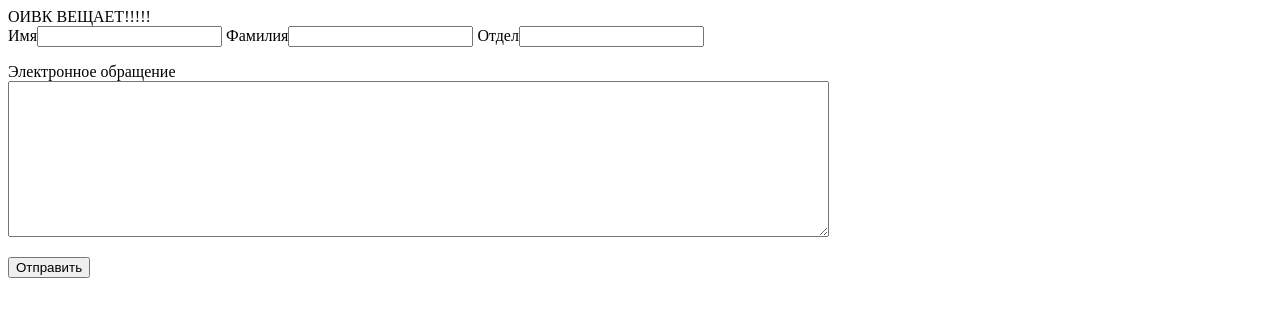
Repository: pitonby/monolitWebApp
Page: WebApp/WebContent/NewFile.html
An editor plug-in stored every save of this project. The page is shown before and after the next save, followed by the edit.
The browser window is 1280 px wide. The pictures show the whole page.

Above is the page before, as saved 2017-05-29 05:16:03.

After the next save:
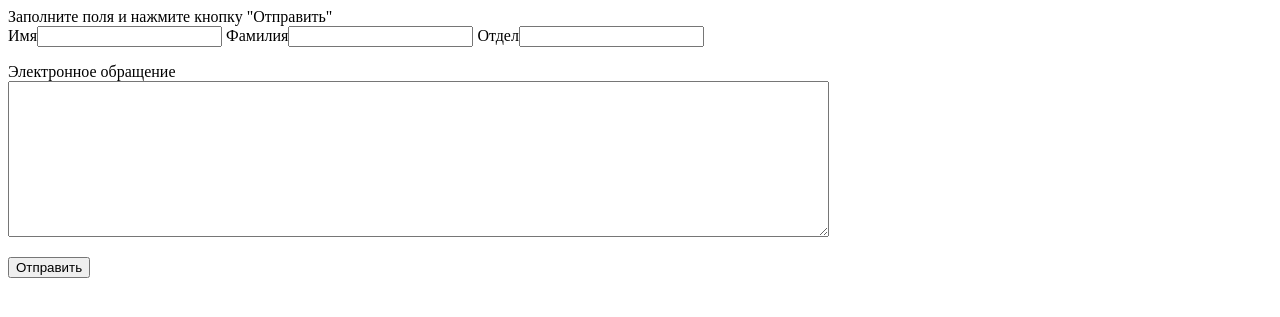
Saved 84 s later.
--- a/WebApp/WebContent/NewFile.html
+++ b/WebApp/WebContent/NewFile.html
@@ -2,10 +2,10 @@
 <html>
 <head>
 <meta charset="UTF-8">
-<title>MAKARONI SMA4NI</title>
+<title>Электронная заявка</title>
 </head>
 <body>
-ОИВК ВЕЩАЕТ!!!!!
+Заполните поля и нажмите кнопку "Отправить"
 	<form method="POST" action="MyServlet">
 	Имя<input type="text" name="firstName">
 	Фамилия<input type="text" name="secondName">
